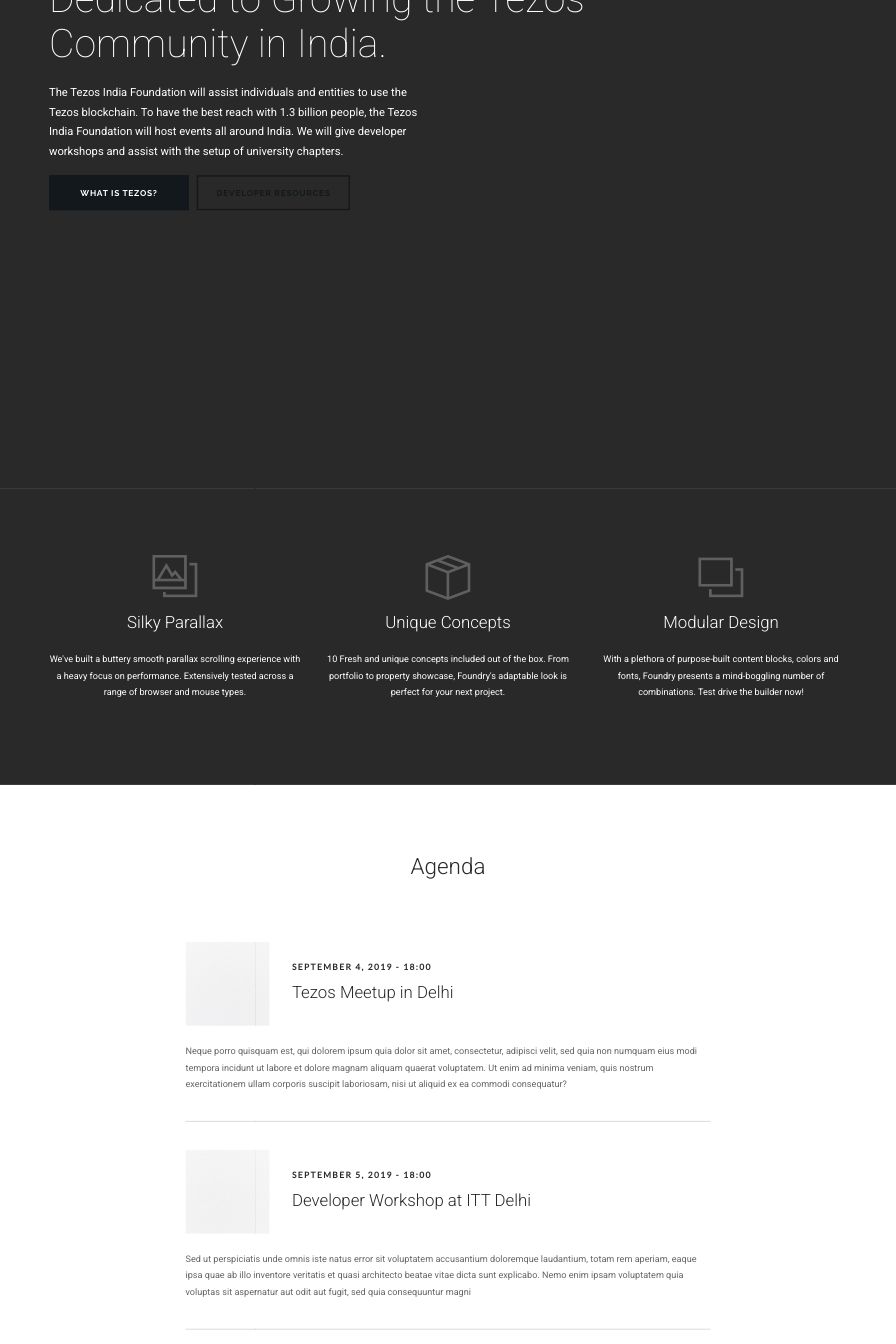
Repository: Tezos-India-Foundation/TIF-Website
Page: Tezos India Website/page.html
These files come from the project's save history. The page is drawn as it stood at one moment and after the next save; the edit follows.
The browser window is 1280 px wide. The pictures show the part of the page from y = 356 to 2276 px (the page is 3753 px tall before and 3793 px after), at 70% of full size.

Above is the page before, as saved 2019-08-06 16:05:40.

### Tezos India Website/page.html
<!doctype html>
<html lang="en">

<head>
	<meta charset="utf-8">
	<title></title>
	<meta name="viewport" content="width=device-width, initial-scale=1.0">
	<link href="css/font-awesome.min.css" rel="stylesheet" type="text/css" media="all">
	<link href="css/themify-icons.css" rel="stylesheet" type="text/css" media="all" />
	<link href="css/bootstrap.css" rel="stylesheet" type="text/css" media="all" />
	<link href="css/theme-nearblack.css" rel="stylesheet" type="text/css" media="all" />
	<link href="css/custom.css" rel="stylesheet" type="text/css" media="all" />
	<link
		href='http://fonts.googleapis.com/css?family=Lato:300,400%7CRaleway:100,400,300,500,600,700%7COpen+Sans:400,500,600'
		rel='stylesheet' type='text/css'>
	<link href="http://fonts.googleapis.com/css?family=Roboto:100,300,400,600,700" rel="stylesheet" type="text/css">
	<link href="css/font-roboto.css" rel="stylesheet" type="text/css">
</head>

<body>

	<div class="nav-container">




		<nav class="bg-dark">
			<div class="nav-bar">
				<div class="module left">
					<a href="index.html">
						<img class="logo logo-light" alt="Foundry" src="img\logo with text.png">
						<img class="logo logo-dark" alt="Foundry" src="img/logo-dark.png">
					</a>
				</div>
				<div class="module widget-handle mobile-toggle right visible-sm visible-xs">
					<i class="ti-menu"></i>
				</div>
				<div class="module-group right">
					<div class="module left">
						<ul class="menu">
							<li>
								<a href="#">What We Do</a>
							</li>
							<li>
								<a href="#">Agenda</a>
							</li>
							<li>
								<a href="#">Team</a>
							</li>
							<li>
								<a href="#">Contact</a>
							</li>
					</div>

				</div>
		</nav>





















































































	</div>

	<div class="main-container">





		<!-- <section class="cover fullscreen image-bg overlay">

			<div class="background-image-holder">
				<img alt="image" class="background-image" src="img/prop1.jpg">
			</div>
			<div class="container v-align-transform">
				<div class="row">
					<div class="col-sm-12 text-center">
						<h1 class="large mb16">Tezos India Foundation</h1>
						<h5 class="uppercase mb0">Education . meetups . partnerships</h5>
					</div>
				</div>

			</div>

			<div class="align-bottom relative-xs text-center" id="buttonslanding">
				<a class="btn btn-filled btn-lg mb32 mt-xs-40" href="#">What is Tezos?</a>
				<a class="btn btn-filled btn-lg mb32 mt-xs-40" href="#">Developer Resources</a>
			</div>

		</section> -->
		<section class="bg-dark">
			<div class="container">
				<div class="row">
					<!-- <div class="col-sm-12">

						<hr class="mb160 mb-xs-24">
					</div> -->
				</div>

				<div class="row" id="headerlanding">
					<div class="col-md-10">
						<h1 class="thin">Dedicated to Growing the Tezos Community in India.</h1>
					</div>
				</div>

				<div class="row mb20 mb-xs-0">
					<div class="col-md-6 col-sm-8">
						<p class="lead">The Tezos India Foundation will assist individuals and
							entities to use the Tezos blockchain. To have the best reach with 1.3 billion
							people, the Tezos India Foundation will host events all around
							India. We will give developer workshops and assist with the setup of university
							chapters.&nbsp;</p>
					</div>
				</div>

				<div class="row mb160 mb-xs-0" >
						<div class="col-md-6 col-sm-8" id="headerbuttons">
						<a class="btn btn-lg btn-filled" href="#">What is Tezos?</a>
						<a class="btn btn-lg" href="#">Developer Resources</a>
					</div>
					</div>



			</div>

		</section>
	</section><section class="bg-dark">
			<div class="container">
				<div class="row">
					<div class="col-sm-4 text-center">
						<div class="feature">
							<i class="ti-gallery icon fade-3-4 inline-block mb16"></i>
							<h4>Silky Parallax</h4>
							<p>
								We've built a buttery smooth parallax scrolling experience with a heavy focus on performance. Extensively tested across a range of browser and mouse types.
							</p>
						</div>
					</div>
					<div class="col-sm-4 text-center">
						<div class="feature">
							<i class="ti-package icon fade-3-4 inline-block mb16"></i>
							<h4>Unique Concepts</h4>
							<p>
								10 Fresh and unique concepts included out of the box. From portfolio to property showcase, Foundry's adaptable look is perfect for your next project.
							</p>
						</div>
					</div>
					<div class="col-sm-4 text-center">
						<div class="feature">
							<i class="ti-layers icon fade-3-4 inline-block mb16"></i>
							<h4>Modular Design</h4>
							<p>
								With a plethora of purpose-built content blocks, colors and fonts, Foundry presents a mind-boggling number of combinations. Test drive the builder now!
							</p>
						</div>
					</div>
				</div>

			</div>

		</section>
		<section>
			<div class="container">
				<div class="row mb64 mb-xs-24">
					<div class="col-sm-12 text-center">
						<h3>Agenda</h3>

					</div>
				</div>

				<div class="row">
					<div class="col-md-offset-2 col-md-8">
						<div class="tabbed-content button-tabs">


									<div class="tab-content text-left">
										<div>
											<div class="overflow-hidden">
												<img alt="Pic" class="mb24 pull-left" src="img/avatar1.png">
												<div class="pull-left p32 p0-xs pt24">
													<h6 class="uppercase mb8 number">September 4, 2019 - 18:00</h6>
													<h4>Tezos Meetup in Delhi</h4>
												</div>
											</div>
											<p>
												Neque porro quisquam est, qui dolorem ipsum quia dolor sit amet,
												consectetur, adipisci velit, sed quia non numquam eius modi tempora
												incidunt ut labore et dolore magnam aliquam quaerat voluptatem. Ut enim
												ad minima veniam, quis nostrum exercitationem ullam corporis suscipit
												laboriosam, nisi ut aliquid ex ea commodi consequatur?
											</p>
											<hr class="mt40 mb40 mt-xs-0 mb-xs-24">
										</div>
										<div>
											<div class="overflow-hidden">
												<img alt="Pic" class="mb24 pull-left" src="img/avatar2.png">
												<div class="pull-left p32 p0-xs pt24">
													<h6 class="uppercase mb8 number">September 5, 2019 - 18:00</h6>
													<h4>Developer Workshop at ITT Delhi</h4>
												</div>
											</div>
											<p>
												Sed ut perspiciatis unde omnis iste natus error sit voluptatem
												accusantium doloremque laudantium, totam rem aperiam, eaque ipsa quae ab
												illo inventore veritatis et quasi architecto beatae vitae dicta sunt
												explicabo. Nemo enim ipsam voluptatem quia voluptas sit aspernatur aut
												odit aut fugit, sed quia consequuntur magni
											</p>
											<hr class="mt40 mb40 mt-xs-0 mb-xs-24">
										</div>
										<div>
											<div class="overflow-hidden">
												<img alt="Pic" class="mb24 pull-left" src="img/avatar2.png">
												<div class="pull-left p32 p0-xs pt24">
													<h6 class="uppercase mb8 number">September 5, 2019 - 18:00</h6>
													<h4>Developer Workshop at ITT Delhi</h4>
												</div>
											</div>
											<p>
												Sed ut perspiciatis unde omnis iste natus error sit voluptatem
												accusantium doloremque laudantium, totam rem aperiam, eaque ipsa quae ab
												illo inventore veritatis et quasi architecto beatae vitae dicta sunt
												explicabo. Nemo enim ipsam voluptatem quia voluptas sit aspernatur aut
												odit aut fugit, sed quia consequuntur magni
											</p>
											<hr class="mt40 mb40 mt-xs-0 mb-xs-24">
										</div>
									</div>

						</div>

					</div>
				</div>


		</section>
		<section class="bg-dark">
			<div class="container">
				<div class="row">
					<div class="col-md-4 col-sm-6">
						<div class="image-tile outer-title text-center">
							<img alt="Pic" src="img/team-1.jpg">
							<div class="title mb16">
								<h5 class="uppercase mb0">Bernd Oostrum</h5>
								<span>Director</span>
							</div>
							<p class="mb0">
								Sed ut perspiciatis unde omnis iste natus error sit voluptatem accusantium doloremque
								laudantium, totam rem aperiam, eaque ipsa quae ab illo inventore veritatis.
							</p>
						</div>
					</div>
					<div class="col-md-4 col-sm-6">
						<div class="image-tile outer-title text-center">
							<img alt="Pic" src="img/team-2.jpg">
							<div class="title mb16">
								<h5 class="uppercase mb0">Om Malviya</h5>
								<span>Director</span>
							</div>
							<p class="mb0">
								Sed ut perspiciatis unde omnis iste natus error sit voluptatem accusantium doloremque
								laudantium, totam rem aperiam, eaque ipsa quae ab illo inventore veritatis.
							</p>
						</div>
					</div>
					<div class="col-md-4 col-sm-6">
						<div class="image-tile outer-title text-center">
							<img alt="Pic" src="img/team-3.jpg">
							<div class="title mb16">
								<h5 class="uppercase mb0">Gokul Alex</h5>
								<span>Director</span>
							</div>
							<p class="mb0">
								Sed ut perspiciatis unde omnis iste natus error sit voluptatem accusantium doloremque
								laudantium, totam rem aperiam, eaque ipsa quae ab illo inventore veritatis.
							</p>
						</div>
					</div>
				</div>

			</div>

		</section>
		<section class="bg-primary">
			<div class="container">
				<div class="row">
					<div class="col-sm-12 text-center">
						<h3 class="mb0 inline-block p32 p0-xs">Interested in exploring Tezos?</h3>
						<a class="btn btn-lg btn-white mb8 mt-xs-24" href="#">Reach out</a>
					</div>
				</div>

			</div>

		</section>
		<footer class="footer-2 bg-dark text-center-xs">
			<div class="container">
				<div class="row">
					<div class="col-sm-4">
						<a href="#"><img class="image-xxs fade-half" alt="Pic" src="img\logo with text.png"></a>
					</div>

					<div class="col-sm-5 text-center">
						<span class="fade-half">
							© Copyright 2019 Tezos India Foundation - All Rights Reserved
						</span>
					</div>

					<div class="col-sm-3 text-right text-center-xs">
						<ul class="list-inline social-list">
							<li><a href="#"><i class="ti-twitter-alt"></i></a></li>
							<li><a href="#"><i class="ti-facebook"></i></a></li>
							<li><a href="#"><i class="ti-linkedin"></i></a></li>

						</ul>
					</div>
				</div>
			</div>
		</footer>
	</div>


	<script src="js/jquery.min.js"></script>
	<script src="js/bootstrap.min.js"></script>
	<script src="js/parallax.js"></script>
	<script src="js/scripts.js"></script>
</body>

</html>

### Tezos India Website/css/custom.css
/****** PLACE YOUR CUSTOM STYLES HERE ******/

#headerlanding {
    padding-top: 15%;
}
#headerbuttons {
    padding-bottom: 10%;
}

Loaded but not shown: Tezos India Website/css/font-awesome.min.css (library); Tezos India Website/css/themify-icons.css (common file); Tezos India Website/css/bootstrap.css (library); Tezos India Website/css/font-roboto.css (common file); Tezos India Website/js/jquery.min.js (library); Tezos India Website/js/bootstrap.min.js (library); Tezos India Website/js/parallax.js (library); Tezos India Website/js/scripts.js (1387 lines, source omitted); Tezos India Website/css/theme-nearblack.css (5712 lines, source omitted)

After the next save:
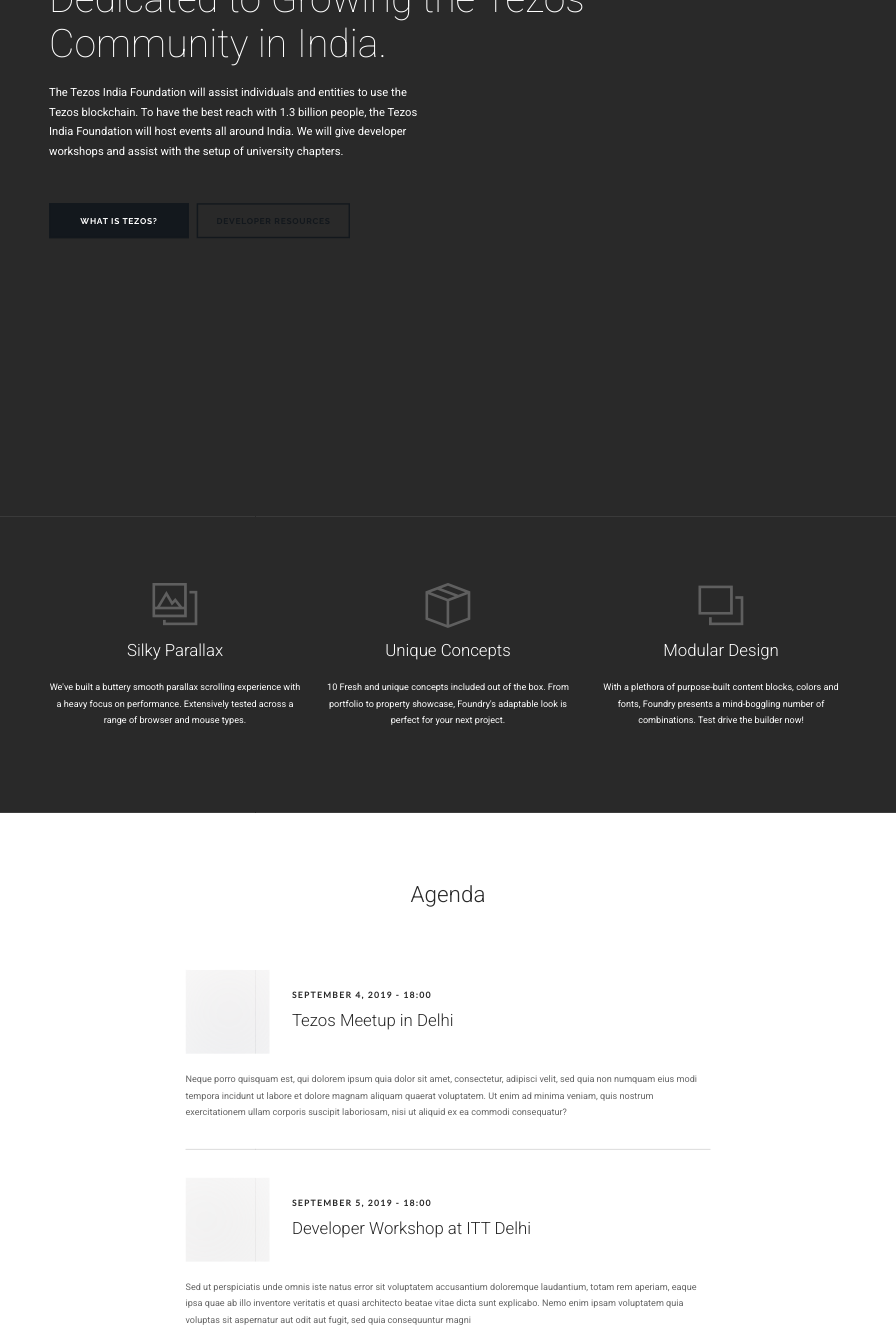
Saved 12 s later.
--- a/Tezos India Website/page.html
+++ b/Tezos India Website/page.html
@@ -183,7 +183,7 @@
 					</div>
 				</div>
 
-				<div class="row mb20 mb-xs-0">
+				<div class="row mb40 mb-xs-0">
 					<div class="col-md-6 col-sm-8">
 						<p class="lead">The Tezos India Foundation will assist individuals and
 							entities to use the Tezos blockchain. To have the best reach with 1.3 billion
